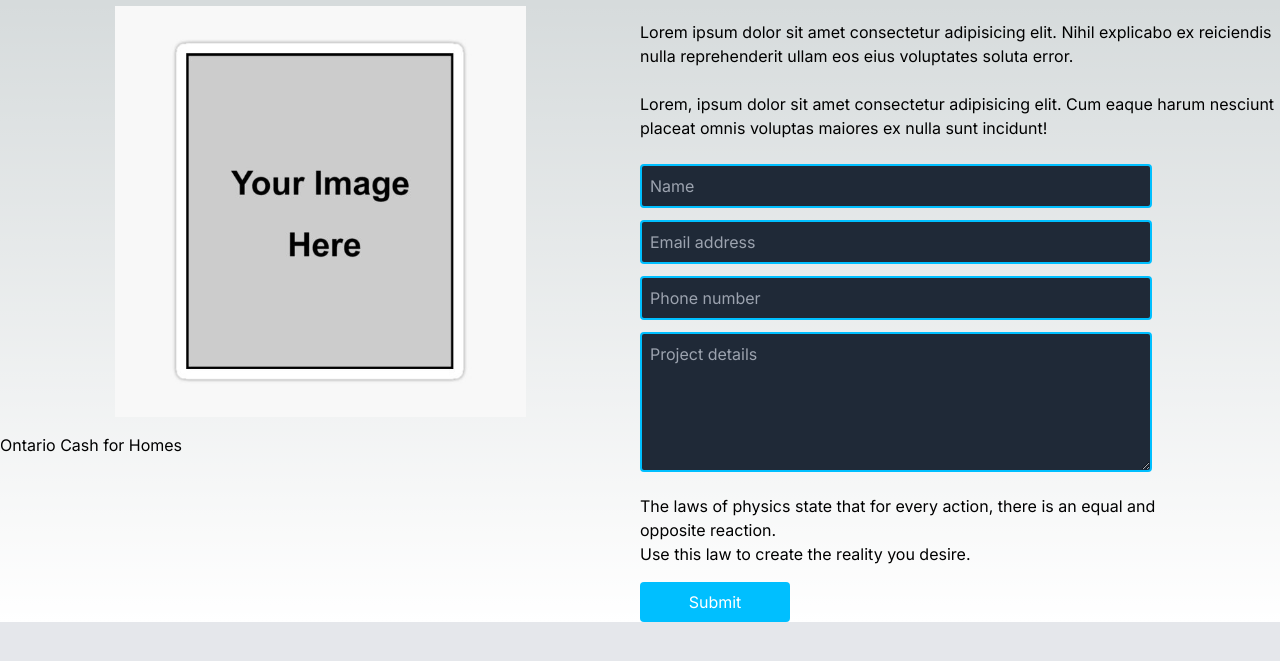
Repository: TMuse333/cash-for-homes
Page: /jv-partners (app in frontend/)
The author's editor kept a copy of each file at every save. The page is drawn from the files as they stood at one save, then again after the next save.
The browser window is 1280 px wide. The pictures show the whole page.
The project was rebuilt for these pictures with package versions that can differ from the ones it lists, and the page was loaded fresh each time. The framework's server and built-in components were replaced by stand-ins that run in the browser. Also part of the build but not shown: frontend/next.config.mjs.

Above is the page before, as saved 2024-08-03 17:24:47.

### frontend/src/app/layout.tsx

import { AppProvider } from "@/context/context";
import type { Metadata } from "next";
import { Inter } from "next/font/google";
import "./globals.css";

const inter = Inter({ subsets: ["latin"] });

export const metadata: Metadata = {
  title: "Q3 Designs",
  description: "A website made with the power of the Quantum Realm",
};

export default function RootLayout({
  children,
}: Readonly<{
  children: React.ReactNode;
}>) {
  return (



    <html lang="en">
<AppProvider>


      <body className={inter.className}>{children}</body>
      </AppProvider>
    </html>

  );
}

### frontend/src/app/jv-partners/page.tsx
"use client"
import ContactForm from "@/components/contactForm"
import React from "react"

const ContactPage = () => {


    return <main className="w-screen overflow-x-hidden">
        <ContactForm/>
    </main>
}


export default ContactPage

### frontend/src/context/context.tsx
"use client"
import React, { createContext, useState, useContext, ReactNode, useEffect } from 'react';

interface AppContextType {

  isMobile:boolean,
  setIsMobile:React.Dispatch<React.SetStateAction<boolean>>
  textYPosition:number
  setTextYPosition:React.Dispatch<React.SetStateAction<number>>
}

// Create the context
export const AppContext = createContext<AppContextType | undefined>(undefined);

// Create a provider component
export const AppProvider: React.FC<{ children: ReactNode }> = ({ children }) => {
  // Initialize state for login and user status


  const [isMobile, setIsMobile] = useState(false)

  useEffect(()=>{
    const handleScroll = () => {
      setIsMobile(window.innerWidth <= 655)
    }
    window.addEventListener('scroll',handleScroll)

    handleScroll()

    return () => {
      window.removeEventListener('scroll',handleScroll)
    }
  },[])


  const [textYPosition, setTextYPosition] = useState(0)

   const contextValue = {
    isMobile,
    setIsMobile,
    textYPosition, setTextYPosition
   }


  return <AppContext.Provider value={contextValue}>{children}</AppContext.Provider>;
};

// Custom hook to use context
export const useAppContext = (): AppContextType => {
  const context = useContext(AppContext);
  if (!context) {
    throw new Error('useAppContext must be used within an AppProvider');
  }
  return context;
};

### frontend/src/app/globals.css
@tailwind base;
@tailwind components;
@tailwind utilities;

:root {
  --foreground-rgb: 0, 0, 0;
  --background-start-rgb: 214, 219, 220;
  --background-end-rgb: 255, 255, 255;
  background-color: #e5e7eb;
}

@media (prefers-color-scheme: dark) {
  :root {
    --foreground-rgb: 255, 255, 255;
    --background-start-rgb: 0, 0, 0;
    --background-end-rgb: 0, 0, 0;
  }
}

body {
  color: rgb(var(--foreground-rgb));
  background: linear-gradient(
      to bottom,
      transparent,
      rgb(var(--background-end-rgb))
    )
    rgb(var(--background-start-rgb));
}

@layer utilities {
  .text-balance {
    text-wrap: balance;
  }
}

### frontend/src/components/contactForm.tsx


// Assuming you're using TypeScript, ensure the imports and types are correct
import React, { useState, ChangeEvent, FormEvent } from 'react';
import Image from 'next/image';
import { motion } from 'framer-motion';
import logo from '../../public/place-holder.jpeg';
import axios from 'axios';
const ContactForm = () => {
    const [formData, setFormData] = useState({
        name: '',
        email: '',
        phone:'',
        projectDetails: '',
    });

    const [error, setError] = useState<string | null>(null);
    const [success, setSuccess] = useState<string | null>(null);


    const handleChange = (e: ChangeEvent<HTMLInputElement | HTMLTextAreaElement>) => {
        const { name, value } = e.target;
        setFormData({
            ...formData,
            [name]: value,
        });
    };

    const handleSubmit = async (e: React.FormEvent) => {
        e.preventDefault();

        try {
            const response = await axios.post('/api/sendEmail', {
                name: formData.name,
                email: formData.email,
                phone: formData.phone,
                projectDetails: formData.projectDetails,
            });
            console.log(response.data);
            alert('Form submitted successfully!');
            setFormData({ name: '', email: '', phone: '', projectDetails: '' });
        } catch (error) {
            console.error('Error submitting form:', error);
            alert('Failed to submit form.');
        }
    };


    const tenets = [
        'Creativity',
        'Speed',
        'Discipline',
        'Tenacity',
    ];

    return (
        <section className='flex overflow-x-hidden justify-center items-center'>
            <div className='hidden sm:block sm:w-[50vw] ml-auto mr-auto flex flex-col items-start'>
                <Image
                    src={logo}
                    alt="Q3 logo"
                    className='w-[40vw] mt-[-10rem] ml-auto mr-auto
                    max-h-[540px] max-w-[411px] object-cover'
                />
                {/* <ul className='text-center'>
                    {tenets.map((tenet, index) => (
                        <motion.li
                            key={index}
                            initial={{
                                opacity: 0,
                                x: index % 2 === 0 ? 100 : -100,
                            }}
                            animate={{
                                opacity: 1,
                                x: 0,
                                transition: {
                                    delay: index * 0.4,
                                },
                            }}
                            className='text-white mb-1'
                        >
                            {tenet}
                        </motion.li>
                    ))}
                    <motion.li
                        initial={{ opacity: 0 }}
                        animate={{
                            opacity: 1,
                            transition: { delay: tenets.length * 0.4 },
                        }}
                        className='text-2xl text-[#00bfff]'
                    >
                        We will get it done
                    </motion.li>
                </ul> */}
                <p className='ml-auto mr-auto mt-4'>Ontario Cash for Homes</p>
            </div>
            <div className='w-[90vw] ml-auto mr-auto sm:w-[50vw]'>
                <Image
                    src={logo}
                    alt="Q3 logo"
                    className='w-[20vw] object-cover ml-auto mr-auto sm:hidden
                    max-h-[590px]
                    max-w-[445px]'
                />
                <section className='w-[90%] sm:w-auto mt-5 mr-auto'>
                    <p>
                       Lorem ipsum dolor sit amet consectetur adipisicing elit. Nihil explicabo ex reiciendis nulla reprehenderit ullam eos eius voluptates soluta error.
                    </p>
                    <br />
                    <p>
                       Lorem, ipsum dolor sit amet consectetur adipisicing elit. Cum eaque harum nesciunt placeat omnis voluptas maiores ex nulla sunt incidunt!
                    </p>
                </section>
                <form onSubmit={handleSubmit} className='w-[90vw] mt-5 ml-auto mr-auto flex flex-col justify-center items-center'>
                    <label className='mb-2 w-[90vw]'>
                        <input
                            type='text'
                            name='name'
                            value={formData.name}
                            onChange={handleChange}
                            className='border-2 w-full sm:w-[40vw] ml-auto mr-auto border-[#00bfff] p-2 rounded mt-1 bg-gray-800'
                            required
                            placeholder='Name'
                        />
                    </label>
                    <label className='mb-2 w-[90vw] sm:w-[40vw] mr-auto'>
                        <input
                            type='email'
                            name='email'
                            value={formData.email}
                            onChange={handleChange}
                            className='border-2 w-full mr-auto border-[#00bfff] p-2 rounded mt-1 bg-gray-800'
                            required
                            placeholder='Email address'
                        />
                    </label>
                    <label className='mb-2 w-[90vw]'>
                        <input
                            type='text'
                            name='phone'
                            value={formData.phone}
                            onChange={handleChange}
                            className='border-2 w-full sm:w-[40vw] ml-auto mr-auto border-[#00bfff] p-2 rounded mt-1 bg-gray-800'
                            required
                            placeholder='Phone number'
                        />
                    </label>
                    <label className='w-full sm:w-[40vw] mr-auto'>
                        <textarea
                            name='projectDetails'
                            value={formData.projectDetails}
                            onChange={handleChange}
                            className='border-2 w-full border-[#00bfff] p-2 rounded mt-1 bg-gray-800'
                            rows={5}
                            required
                            placeholder='Project details'
                        />
                    </label>
                    <p className='w-[90%] sm:w-[45vw] mt-4 mr-auto'>
                        The laws of physics state that for every action, there is an equal and opposite reaction.
                        <br /> Use this law to create the reality you desire.
                    </p>
                    <button
                        type='submit'
                        className='bg-[#00bfff] w-[150px] mr-auto text-white p-2 rounded mt-4 hover:bg-blue-600 sm:ml-0'
                    >
                        Submit
                    </button>
                </form>
            </div>
        </section>
    );
};

export default ContactForm;

Loaded but not shown: frontend/tailwind.config.ts (common file)

After the next save:
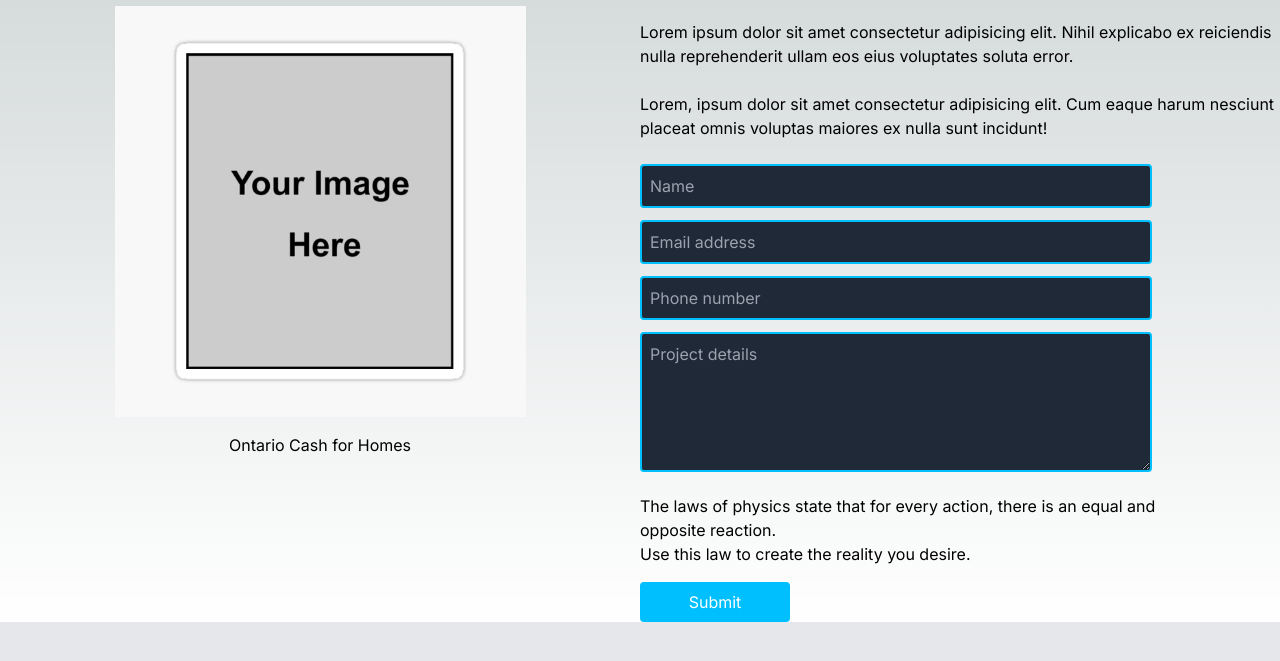
Saved 8 s later.
--- a/frontend/src/components/contactForm.tsx
+++ b/frontend/src/components/contactForm.tsx
@@ -93,7 +93,8 @@ const ContactForm = () => {
                         We will get it done
                     </motion.li>
                 </ul> */}
-                <p className='ml-auto mr-auto mt-4'>Ontario Cash for Homes</p>
+                <p className='ml-auto mr-auto mt-4
+                text-center'>Ontario Cash for Homes</p>
             </div>
             <div className='w-[90vw] ml-auto mr-auto sm:w-[50vw]'>
                 <Image
